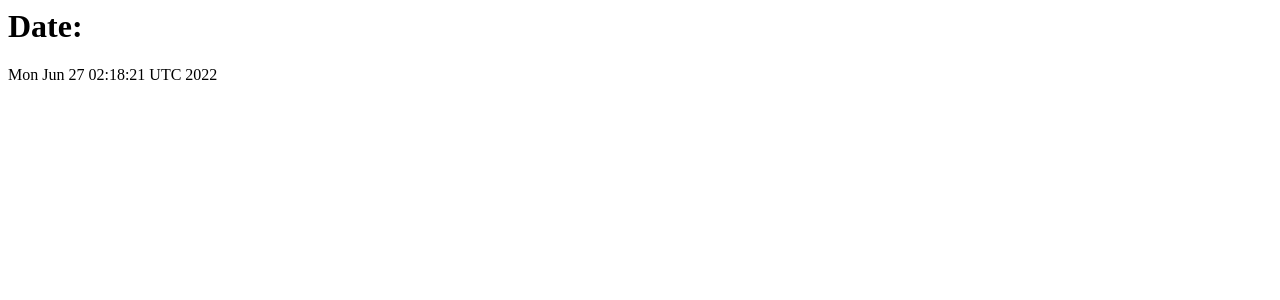
Repository: hrk09/JSPServlet
Page: http://localhost/edu/exam01.jsp
These files come from the project's save history. The page is drawn as it stood at one moment and after the next save; the edit follows.
The browser window is 1280 px wide. The pictures show the whole page.
The page is served by Tomcat 9. Nobody is signed in. The application's start-up code is not run. Other server files are loaded and not shown.

Above is the page before, as saved 2022-06-30 04:23:52.

### edu/WebContent/exam01.jsp
<%@ page import="java.util.*" %>
<%@ page import="java.io.*, javax.sql.*" %>

<h1>Date: </h1>

<% Date d = new Date();	%>
<%= d %> <!--  out.print(d); -->

After the next save:
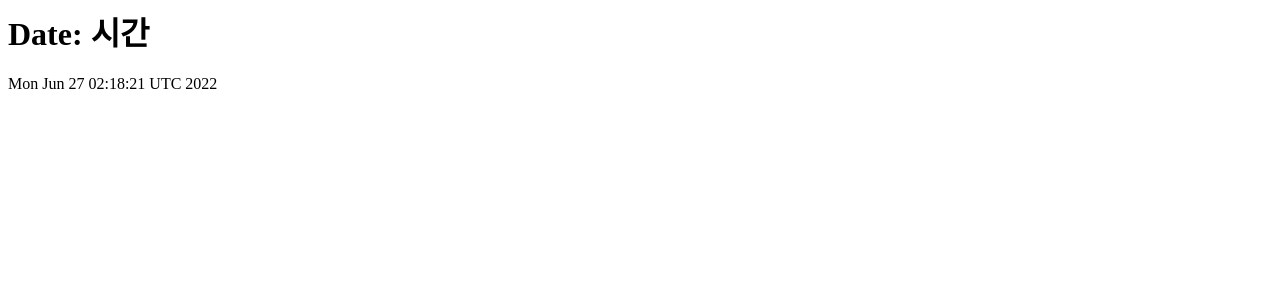
Saved 2 min 57 s later.
--- a/edu/WebContent/exam01.jsp
+++ b/edu/WebContent/exam01.jsp
@@ -1,7 +1,7 @@
-<%@ page import="java.util.*" %>
+<%@ page import="java.util.*" contentType="text/html; charset=utf-8"%>
 <%@ page import="java.io.*, javax.sql.*" %>
 
-<h1>Date: </h1>
+<h1>Date: 시간</h1>
 
 <% Date d = new Date();	%>
 <%= d %> <!--  out.print(d); -->
